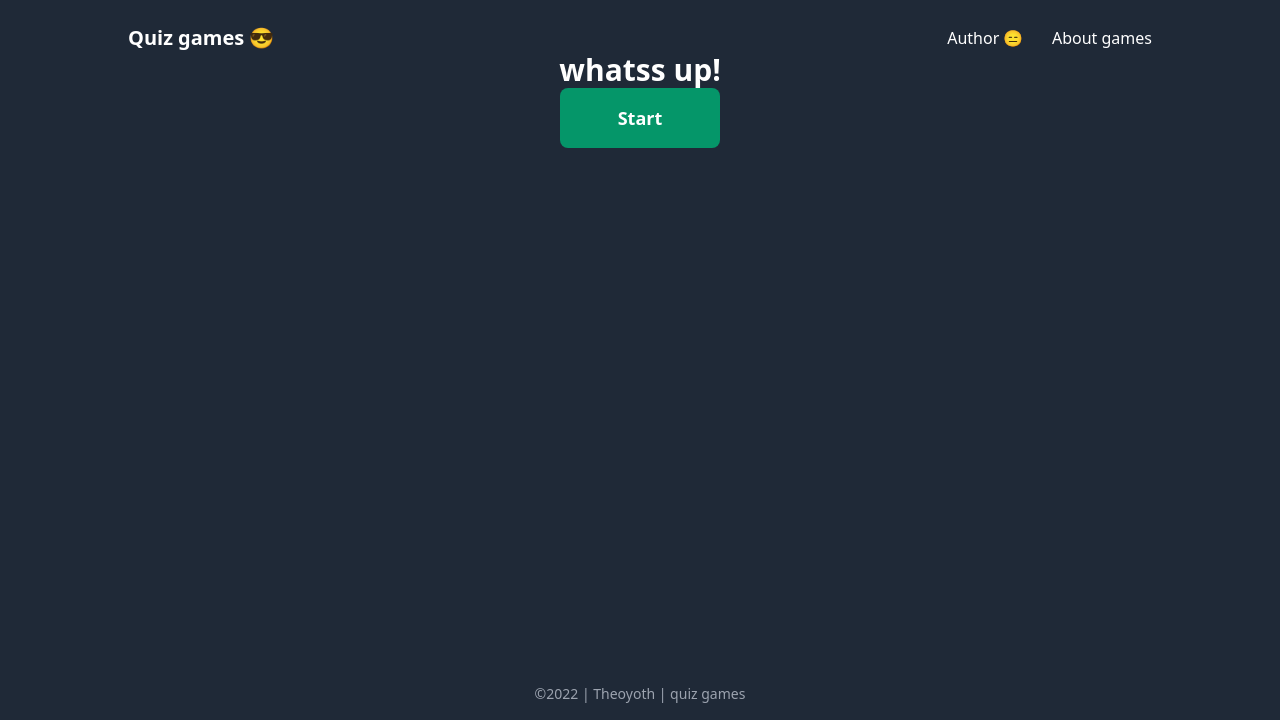
Repository: theoyoth/quiz-game
Page: /
The author's editor kept a copy of each file at every save. The page is drawn from the files as they stood at one save, then again after the next save.
The browser window is 1280 px wide. The pictures show the whole page.
The project was rebuilt for these pictures with package versions that can differ from the ones it lists, and the page was loaded fresh each time. The framework's server and built-in components were replaced by stand-ins that run in the browser. Also part of the build but not shown: nuxt.config.js, components/EndPage.vue, layouts/404.vue, layouts/error.vue, layouts/errorLayout.vue.

Above is the page before, as saved 2022-06-14 17:43:32.

After the next save:
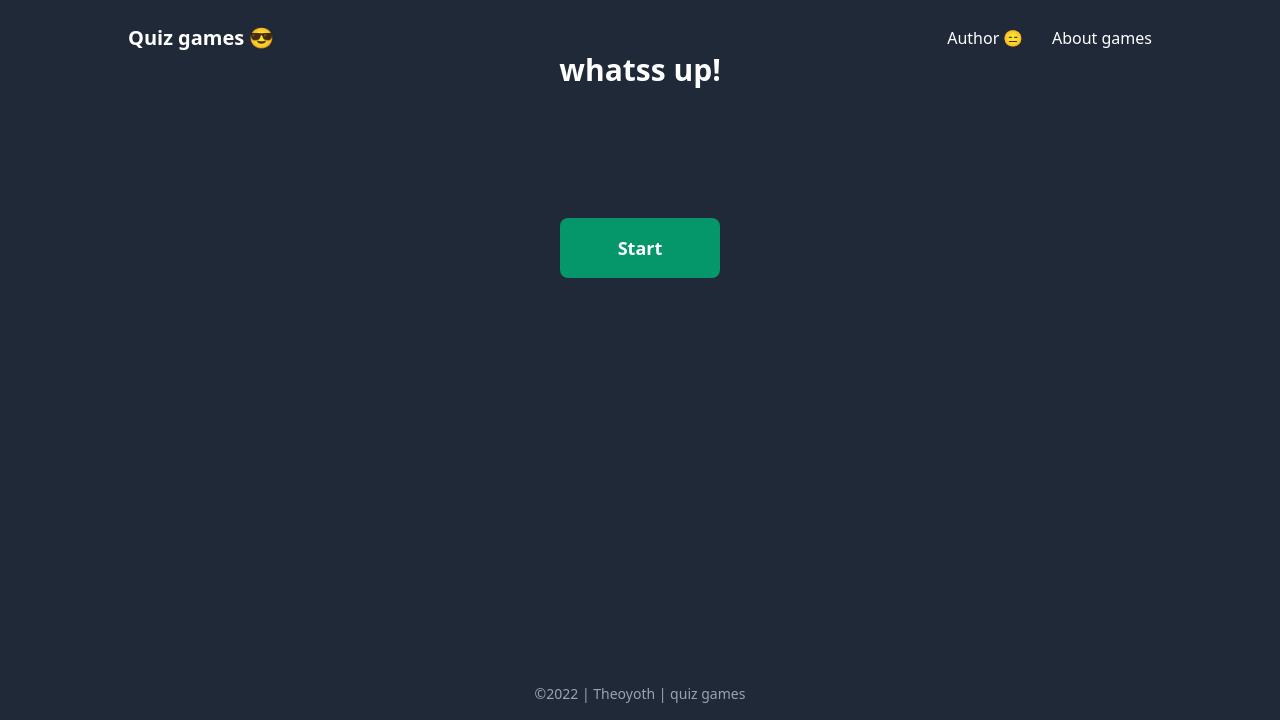
Saved 30 s later.
--- a/pages/index.vue
+++ b/pages/index.vue
@@ -1,7 +1,7 @@
 <template>
   <div>
     <h1 class="text-3xl font-bold text-center">whatss up!</h1>
-    <div class="flex items-center justify-center">
+    <div class="flex items-center justify-center h-80">
       <NuxtLink to="/game">
         <div class="w-40 p-4 bg-green-600 hover:bg-green-500 rounded-lg text-center">
           <p class="font-semibold text-lg">Start</p>
